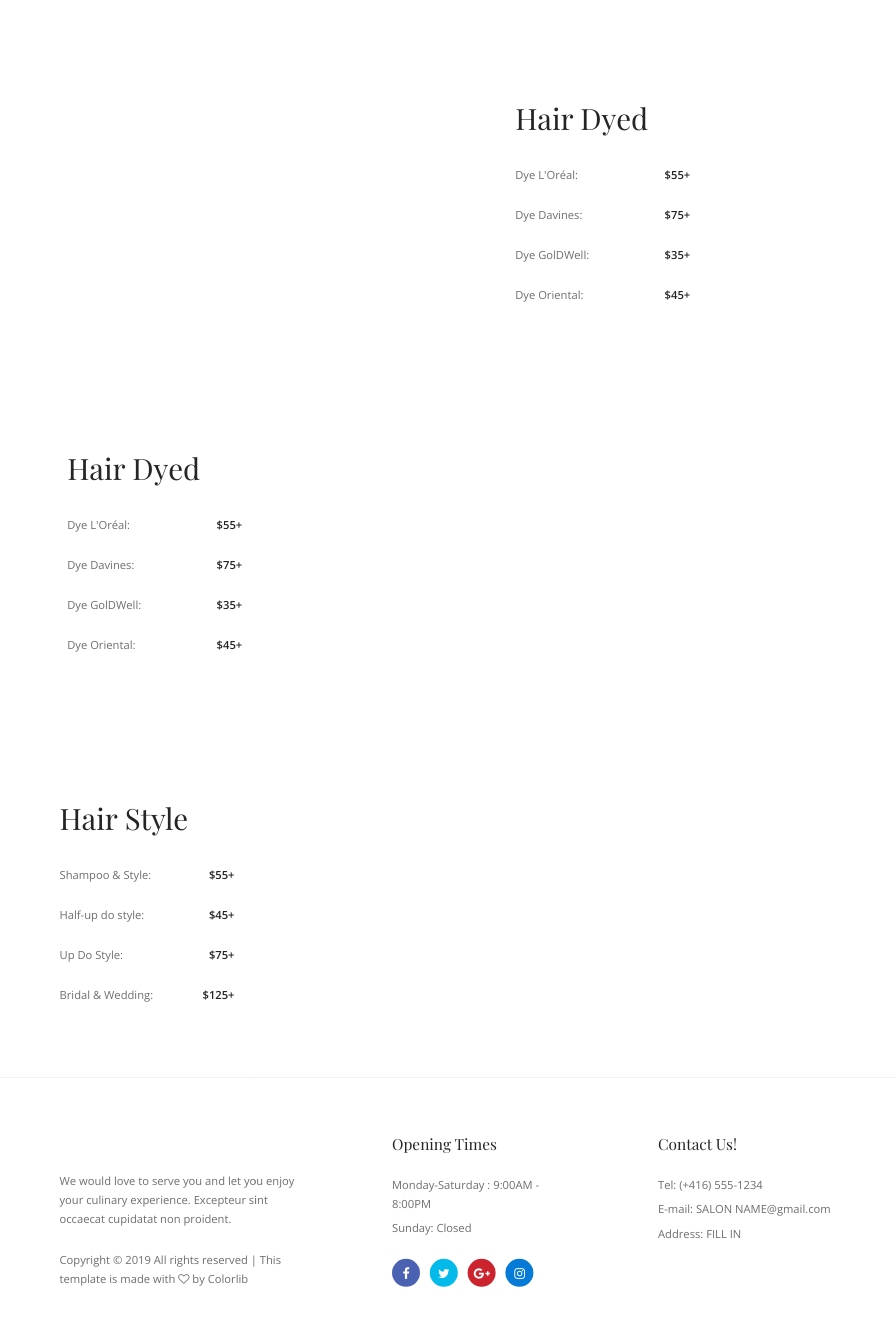
Repository: hanihassan1/Bay-wash-studio
Page: http://localhost/service
The author's editor kept a record of every edit. The page is drawn from the files as they stood at one moment, then again after the next edit.
The browser window is 1280 px wide. The pictures show the part of the page from y = 906 to 2826 px (the page is 2826 px tall before and 2779 px after), at 70% of full size.
The page is served by the project's application, run on Flask 3 (run.py).

Above is the page before.
Console error: TypeError: Cannot read properties of null (reading 'jQuery22409362962306477132')

### templates/service.html
{% extends 'base.html' %} {% block head %}
<script src="{{ url_for('static', filename='js/jquery.min.js')  }}"></script>

<!-- Popper -->
<script src="{{ url_for('static', filename='js/popper.min.js')  }}"></script>

<!-- Bootstrap -->
<script src="{{ url_for('static', filename='js/bootstrap.min.js')  }}"></script>

<!-- All Plugins -->
<script src="{{ url_for('static', filename='js/akame.bundle.js')  }}"></script>

<!-- Active -->

<script src="{{ url_for('static', filename='js/default-assets/active.js')  }}"></script>

<script src="{{ url_for('static', filename='gulpfile.js')  }}"></script>

<script src="{{ url_for('static', filename='js/main.js')  }}"></script>
{% endblock %} {% block content %}



<!-- Breadcrumb Area Start -->
<section class="breadcrumb-area section-padding-80">
    <div class="container">
        <div class="row">
            <div class="col-12">
                <div class="breadcrumb-content">
                    <h2>Our Services</h2>
                    <nav aria-label="breadcrumb">
                        <ol class="breadcrumb">
                            <li class="breadcrumb-item"><a href="{{url_for('index')}}"><i class="icon_house_alt"></i> Home</a></li>
                            <li class="breadcrumb-item active" aria-current="page">Services</li>
                        </ol>
                    </nav>
                </div>
            </div>
        </div>
    </div>
</section>
<!-- Breadcrumb Area End -->

<!-- Service Area Start -->
<section class="akame-service-area">

    <!-- Single Service Item -->
    <div class="single--service--item d-flex flex-wrap align-items-center">
        <!-- Service Content -->
        <div class="service-content">
            <div class="service-text">
                <h2>Hair Cuts</h2>
                <p><span>Women's Haircut:</span> <span>$35+</span></p>
                <p><span>Men's Haircut:</span> <span>$25+</span></p>

            </div>
        </div>
        <!-- Service Thumbnail -->
        <div class="service-thumbnail bg-img jarallax" style="background-image: url({{ url_for('static', filename='img/bg-img/30.jpg')  }});"></div>
    </div>

    <!-- Single Service Item -->
    <div class="single--service--item odd-item d-flex flex-wrap align-items-center">
        <!-- Service Thumbnail -->
        <div class="service-thumbnail bg-img jarallax" style="background-image: url({{ url_for('static', filename='img/bg-img/31.jpg')  }});"></div>

        <!-- Service Content -->
        <div class="service-content">
            <div class="service-text">
                <h2>Hair Dyed</h2>
                <p><span>Dye L'Oréal:</span> <span>$55+</span></p>
                <p><span>Dye Davines:</span> <span>$75+</span></p>
                <p><span>Dye GolDWell:</span> <span>$35+</span></p>
                <p><span>Dye Oriental:</span> <span>$45+</span></p>
            </div>
        </div>
    </div>


 <div class="single--service--item odd-item d-flex flex-wrap align-items-center">
        <!-- Service Thumbnail -->


        <!-- Service Content -->
        <div class="service-content">
            <div class="service-text">
                <h2>Hair Dyed</h2>
                <p><span>Dye L'Oréal:</span> <span>$55+</span></p>
                <p><span>Dye Davines:</span> <span>$75+</span></p>
                <p><span>Dye GolDWell:</span> <span>$35+</span></p>
                <p><span>Dye Oriental:</span> <span>$45+</span></p>
            </div>
        </div>
        <div class="service-thumbnail bg-img jarallax" style="background-image: url({{ url_for('static', filename='img/bg-img/27.jpg')  }});"></div>
    </div>



    <!-- Single Service Item -->
    <div class="single--service--item d-flex flex-wrap align-items-center">
        <!-- Service Content -->
        <div class="service-content">
            <div class="service-text">
                <h2>Hair Style</h2>
                <p><span>Shampoo &amp; Style:</span> <span>$55+</span></p>
                <p><span>Half-up do style:</span> <span>$45+</span></p>
                <p><span>Up Do Style:</span> <span>$75+</span></p>
                <p><span>Bridal &amp; Wedding:</span> <span>$125+</span></p>
            </div>
        </div>
        <!-- Service Thumbnail -->
        <div class="service-thumbnail bg-img jarallax" style="background-image: url({{ url_for('static', filename='img/bg-img/32.jpg')  }});"></div>
    </div>

</section>
<!-- Service Area End -->


{% endblock %}

### templates/base.html
<!DOCTYPE html>
<html lang="en">

<head>
    <meta charset="UTF-8">
    <meta name="description" content="">
    <meta http-equiv="X-UA-Compatible" content="IE=edge">
    <meta name="viewport" content="width=device-width, initial-scale=1, shrink-to-fit=no">


    <!-- Title -->
    <title>SALON</title>



    <!-- Stylesheet -->

    <link href="{{ url_for('static', filename='style.css')  }}" rel="stylesheet" type="text/css">

    {% block head %} {% endblock %}
</head>

<body>
    <!-- Preloader -->
    <div id="preloader">
        <div class="loader"></div>
    </div>
    <!-- /Preloader -->

    <!-- Header Area Start -->
    <header class="header-area">
        <!-- Top Header Area Start -->
        <div class="top-header-area">
            <div class="container h-100">
                <div class="row h-100 align-items-center">
                    <div class="col-5">
                        <div class="top-header-content">
                            <p>salon logo(img) & name</p>
                        </div>
                    </div>
                    <div class="col-7">
                        <div class="top-header-content text-right">
                            <p><i class="fa fa-clock-o" aria-hidden="true"></i> Mon-Sat: 9:00 am to 8:00 pm Sun:Closed<span class="mx-2"></span> | <span class="mx-2"></span> <i class="fa fa-phone" aria-hidden="true"></i> Call us: (+416)-555-1234</p>
                        </div>
                    </div>
                </div>
            </div>
        </div>
        <!-- Top Header Area End -->

        <!-- Main Header Start -->
        <div class="main-header-area">
            <div class="classy-nav-container breakpoint-off">
                <div class="container">
                    <!-- Classy Menu -->
                    <nav class="classy-navbar justify-content-between" id="akameNav">

                        <!-- Logo -->
                        <a class="nav-brand" href="index.html"><img src="img/core-img/logo.png" alt=""></a>

                        <!-- Navbar Toggler -->
                        <div class="classy-navbar-toggler">
                            <span class="navbarToggler"><span></span><span></span><span></span></span>
                        </div>

                        <!-- Menu -->
                        <div class="classy-menu">
                            <!-- Menu Close Button -->
                            <div class="classycloseIcon">
                                <div class="cross-wrap"><span class="top"></span><span class="bottom"></span></div>
                            </div>
                            <!-- Nav Start -->
                            <div class="classynav">
                                <ul id="nav">
                                    <li class="active"><a href="./index.html">Home</a></li>

                                    <li><a href="./portfolio.html">Gallery</a></li>
                                    <li><a href="./service.html">Services</a></li>


                                    <li><a href="./contact.html">Contact</a></li>
                                </ul>

                                <!-- Cart Icon -->
                                <div class="cart-icon ml-5 mt-4 mt-lg-0">
                                    <a href="#"><i class="icon_cart"></i></a>
                                </div>

                                <!-- Book Icon -->
                                <div class="book-now-btn ml-5 mt-4 mt-lg-0 ml-md-4">
                                    <a href="#" class="btn akame-btn">Book Now</a>
                                </div>
                            </div>
                            <!-- Nav End -->
                        </div>
                    </nav>
                </div>
            </div>
        </div>
    </header>
    <!-- Header Area End -->

    <!-- Main Area Start -->
    <div class="main">

        {% block content %} {% endblock %}

    </div>
    <!-- Main Area End -->


    <!-- Footer Area Start -->
    <footer class="footer-area section-padding-80-0">
        <div class="container">
            <div class="row justify-content-between">

                <!-- Single Footer Widget -->
                <div class="col-12 col-sm-6 col-md-4">
                    <div class="single-footer-widget mb-80">
                        <!-- Footer Logo -->
                        <a href="#" class="footer-logo"><img src="" alt=""></a>

                        <p class="mb-30">We would love to serve you and let you enjoy your culinary experience. Excepteur sint occaecat cupidatat non proident.</p>

                        <!-- Copywrite Text -->
                        <div class="copywrite-text">
                            <p>
                                <!-- Link back to Colorlib can't be removed. Template is licensed under CC BY 3.0. -->
                                Copyright &copy;
                                <script>
                                    document.write(new Date().getFullYear());
                                </script> All rights reserved | This template is made with <i class="fa fa-heart-o" aria-hidden="true"></i> by <a href="https://colorlib.com" target="_blank">Colorlib</a>
                                <!-- Link back to Colorlib can't be removed. Template is licensed under CC BY 3.0. -->
                            </p>
                        </div>
                    </div>
                </div>

                <!-- Single Footer Widget -->
                <div class="col-12 col-sm-6 col-md-4 col-xl-3">
                    <div class="single-footer-widget mb-80">
                        <!-- Widget Title -->
                        <h4 class="widget-title">Opening times</h4>

                        <!-- Open Times -->
                        <div class="open-time">
                            <p>Monday-Saturday : 9:00AM - 8:00PM</p>
                            <p>Sunday: Closed</p>
                        </div>

                        <!-- Social Info -->
                        <div class="social-info">
                            <a href="#" class="facebook"><i class="fa fa-facebook"></i></a>
                            <a href="#" class="twitter"><i class="fa fa-twitter"></i></a>
                            <a href="#" class="google-plus"><i class="fa fa-google-plus"></i></a>
                            <a href="#" class="instagram"><i class="fa fa-instagram"></i></a>
                        </div>
                    </div>
                </div>

                <!-- Single Footer Widget -->
                <div class="col-12 col-md-4 col-xl-3">
                    <div class="single-footer-widget mb-80">

                        <!-- Widget Title -->
                        <h4 class="widget-title">Contact Us!</h4>

                        <!-- Contact Address -->
                        <div class="contact-address">
                            <p>Tel: (+416) 555-1234</p>
                            <p>E-mail: SALON NAME@gmail.com</p>
                            <p>Address: FILL IN</p>
                        </div>
                    </div>
                </div>

            </div>
        </div>
    </footer>
    <!-- Footer Area End -->

    <!-- All JS Files -->
    <!-- jQuery -->
       <script src="{{ url_for('static', filename='js/jquery.min.js')  }}"></script>

    <!-- Popper -->
    <script src="{{ url_for('static', filename='js/popper.min.js')  }}"></script>

    <!-- Bootstrap -->
     <script src="{{ url_for('static', filename='js/bootstrap.min.js')  }}"></script>

    <!-- All Plugins -->
    <script src="{{ url_for('static', filename='js/akame.bundle.js')  }}"></script>

    <!-- Active -->

    <script src="{{ url_for('static', filename='js/default-assets/active.js')  }}"></script>

    <script src="{{ url_for('static', filename='gulpfile.js')  }}"></script>

    <script src="{{ url_for('static', filename='js/main.js')  }}"></script>

</body>

</html>

### run.py
import os
from flask import Flask,render_template, request, redirect,flash, jsonify, url_for
import json
from flask_mail import Mail, Message
import pymysql


app = Flask(__name__)

connection = pymysql.connect(host='mydatabase.cccssd5sqciz.ca-central-1.rds.amazonaws.com',
                            user='root',
                            password='root1234',
                            db='SALON',
                            )

app.secret_key = "its_secure"


app.config['MAIL_SERVER']= 'smtp.gmail.com'
app.config['MAIL_PORT'] = 465
app.config['MAIL_USERNAME'] = 'baywashstudio@gmail.com'
app.config['MAIL_PASSWORD'] = "Root12345"
app.config['MAIL_USE_TLS'] = False
app.config['MAIL_USE_SSL'] = True
app.config['MAIL_DEFAULT_SENDER'] = 'baywashstudio@gmail.com'
mail = Mail(app)


# @app.route('/')
# def index():
#     msg = Message('MAIL TEST', recipients = ['hani.hassan1@gmail.com'])
#     msg.body = "this is a test email"
#     # msg.html = " <b> bold html msg test</b>"
#     mail.send(msg)
#     return "Sent"





@app.route('/contact',methods=["GET", "POST"])
def contact():
    if request.method=="POST":
        print(request.form)
        username = request.form['first-name'] + " " + request.form['last-name']
        add_user(username, request.form['phone'], request.form['email'])
        last_added_user_id = get_last_user_id()
        print(last_added_user_id, "last_added_user_id", request.form['time'])
        add_booking(request.form['date'], request.form['service'],request.form['time'],last_added_user_id)
        send_mail(username, request.form['email'])
        send_mail_employee(username, request.form['date'], request.form['service'],request.form['time'],
        request.form['phone'])
        flash("Hello {}, Your booking was submitted".format(request.form['first-name']))
        return redirect(url_for('contact'))

    return render_template("contact.html", title = "Contact")


def send_mail(username, email):
    user_mail_list = []
    user_mail_list.append(email)
    print(user_mail_list,"user_mail_list")
    msg = Message(subject="Hello, {}".format(username),recipients=user_mail_list)
    msg.body="You're booked!.\Your appointment is on {} at {},your service is {}" .format(request.form['date'],
    request.form['time'], request.form['service'])
    mail.send(msg)

def send_mail_employee(username,date, service,time,phone):
    msg = Message(subject="New Booking",recipients=["baywashstudio@gmail.com"])
    msg.body="Your booking is confirmed."
    mail.send(msg)

@app.route('/')
def index():
     return render_template("index.html", title = "Home")


@app.route('/portfolio')
def portfolio():
     return render_template("portfolio.html", title = "Gallery")

@app.route('/service')
def service():
     return render_template("service.html", title = "Services")


def add_user(username, phone_no, email_add ):
    try:
        with connection.cursor() as cursor:
            sql = """INSERT INTO CUSTOMERS (CUSTOMER_NAME, CUSTOMER_TELEPHONE,
            CUSTOMER_EMAIL) VALUES ('{}', '{}', '{}');""".format(username, phone_no, email_add)
            cursor.execute(sql)
            connection.commit()
            cursor.close()
    finally:
        print("ok")


def get_last_user_id():
 try:
        with connection.cursor(pymysql.cursors.DictCursor) as cursor:
          sql = """ SELECT MAX(CUSTOMER_ID) FROM CUSTOMERS;"""
          cursor.execute(sql)
          result = cursor.fetchall()
          return result[0]['MAX(CUSTOMER_ID)']
 finally:
        return True


def add_booking(date, service_id, time,customer_id):
  try:
        print(time, "time is time")
        with connection.cursor() as cursor:
            sql = """INSERT INTO BOOKINGS (DATE, SERVICE_ID, TIME,
            CUSTOMER_ID) VALUES ('{}', {}, '{}', {});""".format(date,service_id,
            time,customer_id)
            cursor.execute(sql)
            connection.commit()
            cursor.close()
  finally:
            connection.close()
#   TIME ADD



if __name__ == '__main__':
    app.run(host=os.environ.get('IP'),
    port=int(os.environ.get('PORT')),
    debug=True)

Loaded but not shown: static/js/jquery.min.js (library); static/js/popper.min.js (library); static/js/bootstrap.min.js (library); static/js/akame.bundle.js (library); static/css/bootstrap.min.css (library); static/css/animate.css (library); static/css/default-assets/audioplayer.css (library); static/css/owl.carousel.min.css (common file); static/css/magnific-popup.css (library); static/css/font-awesome.min.css (library); static/js/default-assets/active.js (199 lines, source omitted); static/gulpfile.js (90 lines, source omitted); static/style.css (1708 lines, source omitted); static/css/style.css (1157 lines, source omitted); static/css/default-assets/classy-nav.css (670 lines, source omitted); static/js/main.js (no copy from this time; the picture is the same without it)

After the next edit:
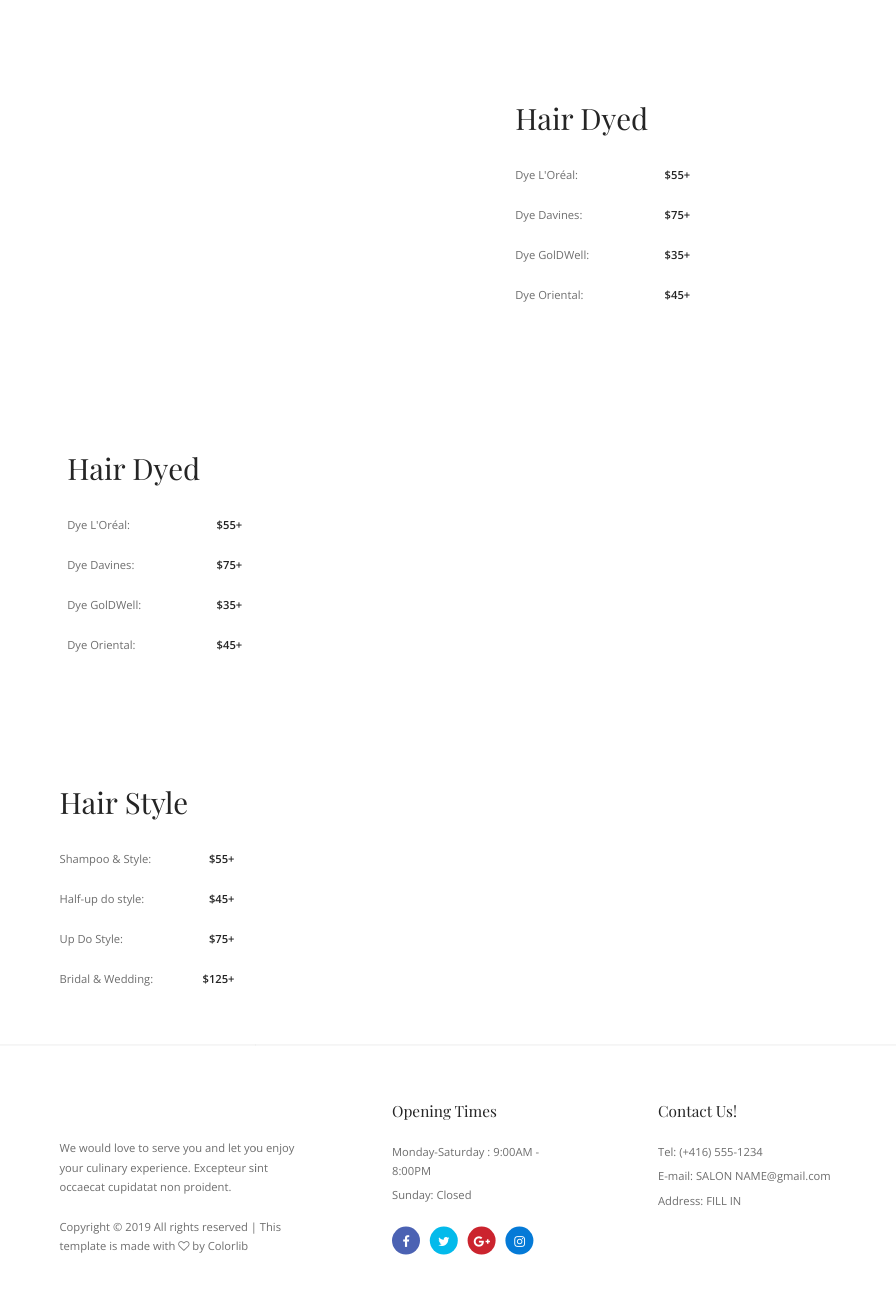
The edit:
--- a/templates/service.html
+++ b/templates/service.html
@@ -109,7 +109,7 @@
             </div>
         </div>
         <!-- Service Thumbnail -->
-        <div class="service-thumbnail bg-img jarallax" style="background-image: url({{ url_for('static', filename='img/bg-img/32.jpg')  }});"></div>
+
     </div>
 
 </section>
